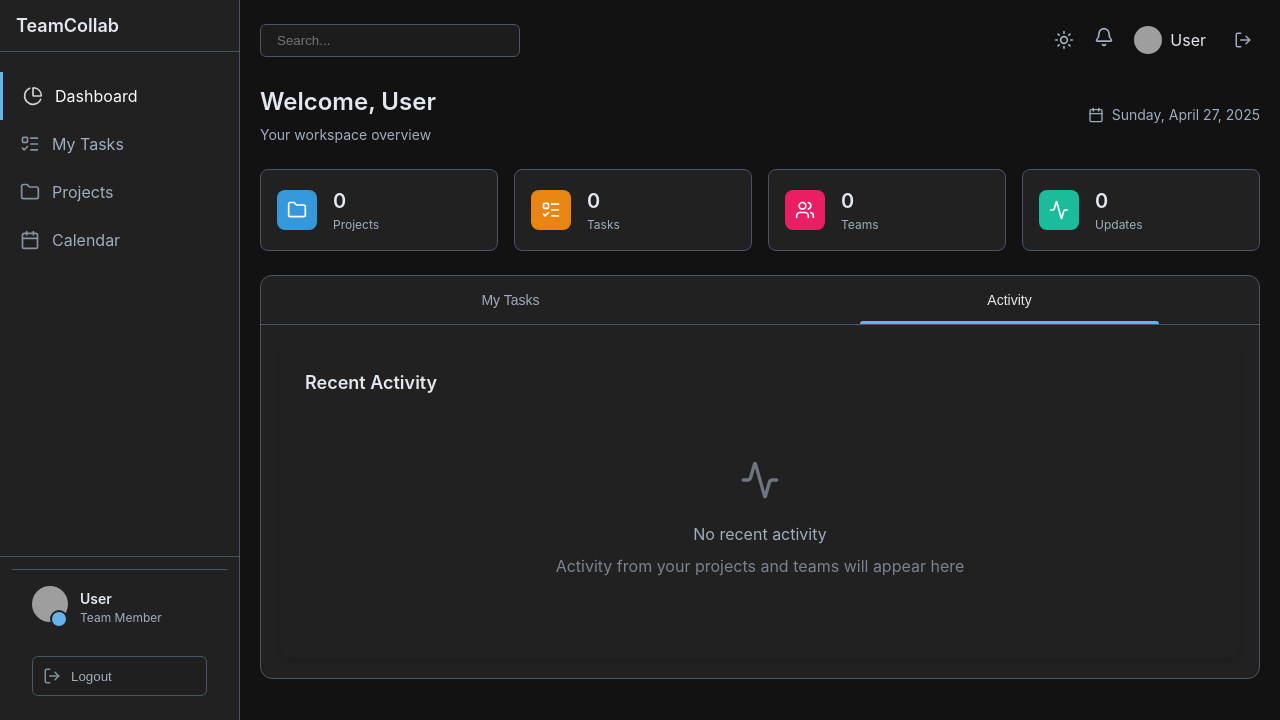
Repository: AnooshaaAli/TaskManagementAndTeamCollaborationTool
Page: /dashboard (app in frontend/)
An editor plug-in stored every save of this project. The page is shown before and after the next save, followed by the edit.
The browser window is 1280 px wide. The pictures show the whole page.
Pictures or frames that could not be fetched are drawn as grey boxes. The page's requests for data from a server got no answer. The project was rebuilt for these pictures with package versions that can differ from the ones it lists, and the page was loaded fresh each time. No one was signed in, and anything a server would have sent is missing. Also part of the build but not shown: frontend/src/App.css, frontend/src/components/Button.jsx, frontend/src/components/Input.jsx, frontend/src/components/Rope.jsx, frontend/src/styles/logo.css, frontend/src/components/Logo.jsx, frontend/src/pages/LoginPage.jsx, frontend/src/pages/RegisterPage.jsx and 29 more.

Above is the page before, as saved 2025-04-27 23:29:42.

### frontend/src/components/Card.jsx
// Card.jsx
import React from 'react';
import "../styles/styles.css";

const Card = ({ children, className = "" }) => {
  return (
    <div className={`card ${className}`}>
      {children}
    </div>
  );
};

export default Card;

### frontend/src/styles/styles.css
/* Base styles */
:root {
    --bg-primary: #121418;
    --bg-card: #1E2126;
    --bg-input: #2C3038;
    --text-primary: #D1D5DB;
    --text-secondary: #9CA3AF;
    --border-color: #4B5563;
    --primary-color: #9b59b6;
    --primary-hover: #a66bbe;
    --danger-color: #EF4444;
    --danger-hover: #DC2626;
    --link-color: #60A5FA;
    --focus-ring: #3B82F6;
  }

  * {
    box-sizing: border-box;
    margin: 0;
    padding: 0;
  }

  body {
    font-family: 'Inter', system-ui, -apple-system, BlinkMacSystemFont, 'Segoe UI', Roboto, sans-serif;
    background-color: var(--bg-primary);
    color: var(--text-primary);
    line-height: 1.5;
  }

  /* Button component styles */
  .btn {
    padding: 8px 16px;
    border-radius: 4px;
    font-weight: 500;
    cursor: pointer;
    border: none;
    transition: background-color 0.2s;
  }

  .btn-primary {
    background-color: var(--btn-primary-color);
    color: white;
  }

  .btn-primary:hover {
    background-color: var(--btn-primary-hover);
  }

  .btn-secondary {
    background-color: var(--bg-input);
    color: white;
  }

  .btn-secondary:hover {
    background-color: var(--border-color);
  }

  .btn-danger {
    background-color: var(--danger-color);
    color: white;
  }

  .btn-danger:hover {
    background-color: var(--danger-hover);
  }

  .btn-delete {
    color: var(--danger-color, #ef4444); /* red-500 */
    border: 1px solid var(--border-color);
    display: flex;
    align-items: center;
    justify-content: center;
    position: relative;
    font-size: 0.75rem;
    background-color: transparent;
    padding-top: 0.25rem;
    border-radius: 1rem;
  }

  .btn-delete:hover {
    background-color: rgba(239, 68, 68, 0.1);
  }

  .btn-add-task {
    color: white;
    border: 1px solid var(--border-color);
    display: flex;
    align-items: center;
    justify-content: center;
    position: relative;
    font-size: 0.75rem;
    background-color: var(--btn-primary-color);
    padding-top: 0.25rem;
  }

  .btn-add-task:hover {
    background-color: var(--btn-primary-hover);
  }

  .btn-add-list{
    color: white;
    border: 1px solid var(--border-color);
    display: flex;
    align-items: center;
    justify-content: center;
    position: relative;
    font-size: 0.75rem;
    background-color: var(--btn-primary-color);
  }

  .btn-add-list:hover {
    background-color: var(--btn-primary-hover);
  }

  .btn-transparent {
    background-color: transparent;
    color: var(--text-secondary);
    border: 1px solid var(--border-color);
  }

  .btn-transparent:hover {
    background-color: var(--bg-input);
  }

  .btn-full-width {
    width: 100%;
  }

  /* Card component styles */
  .card {
    background-color: var(--bg-card);
    border-radius: 8px;
    box-shadow: 0 4px 6px rgba(0, 0, 0, 0.1);
    padding: 24px;
  }

  /* Input component styles */
  .form-group {
    margin-bottom: 16px;
  }

  .form-label {
    display: block;
    color: var(--text-primary);
    margin-bottom: 8px;
  }

  .form-input {
    width: 100%;
    background-color: var(--bg-input);
    color: white;
    border: 1px solid var(--border-color);
    border-radius: 4px;
    padding: 8px 12px;
    font-size: 16px;
  }

  .form-input:focus {
    outline: none;
    border-color: transparent;
    box-shadow: 0 0 0 2px var(--focus-ring);
  }

  .error-text {
    color: var(--danger-color);
    font-size: 14px;
    margin-top: 4px;
  }

  .required {
    color: var(--danger-color);
  }

  /* Register page styles */
  .register-container {
    min-height: 100vh;
    display: flex;
    align-items: center;
    justify-content: center;
    padding: 16px;
  }

  .register-wrapper {
    margin-top: 50px;
    max-width: 450px;
    width: 100%;
    position: relative;
    z-index: 5;
  }

  .register-header {
    text-align: center;
    margin-bottom: 32px;
  }

  .register-title {
    font-size: 24px;
    font-weight: bold;
    color: white;
    margin-top: 24px;
    margin-bottom: 8px;
  }

  .register-subtitle {
    color: var(--text-secondary);
  }

  .form-footer {
    margin-top: 16px;
    text-align: center;
    color: var(--text-secondary);
  }

  .form-link {
    color: var(--link-color);
    text-decoration: none;
  }

  .form-link:hover {
    text-decoration: underline;
  }

  .logo-container {
    display: flex;
    flex-direction: column;
    align-items: center;
    justify-content: center;
    width: 100%;
    height: 15%;
    position: absolute;
    top: 15px;
    left: 50%;
    transform: translateX(-50%);
    z-index: 10;
  }

  /* Calendar Styles */
.calendar-card {
  width: 100%;
  margin-top: 20px;
}

.calendar-container {
  width: 100%;
  padding: 15px;
  background-color: var(--card-bg);
  border-radius: 8px;
}

.calendar-header {
  display: flex;
  justify-content: space-between;
  align-items: center;
  margin-bottom: 20px;
}

.calendar-header h2 {
  font-size: 18px;
  font-weight: 600;
  color: var(--text-primary);
  margin: 0;
}

.calendar-nav-btn {
  background: var(--button-bg);
  color: var(--text-primary);
  border: 1px solid var(--border-color);
  border-radius: 4px;
  width: 30px;
  height: 30px;
  display: flex;
  align-items: center;
  justify-content: center;
  cursor: pointer;
  transition: all 0.2s ease;
}

.calendar-nav-btn:hover {
  background: var(--button-hover-bg);
}

.calendar-grid {
  width: 100%;
}

.calendar-days-header {
  display: grid;
  grid-template-columns: repeat(7, 1fr);
  gap: 2px;
  margin-bottom: 10px;
}

.calendar-day-name {
  text-align: center;
  font-size: 14px;
  font-weight: 500;
  color: var(--text-secondary);
  padding: 8px 0;
}

.calendar-days {
  display: grid;
  grid-template-columns: repeat(7, 1fr);
  gap: 2px;
}

.calendar-day {
  aspect-ratio: 1/1;
  display: flex;
  align-items: center;
  justify-content: center;
  font-size: 14px;
  border: 1px solid var(--border-color);
  border-radius: 4px;
  color: var(--text-primary);
  cursor: pointer;
  transition: all 0.2s ease;
}

.calendar-day:hover:not(.empty-day) {
  background-color: var(--hover-bg);
}

.calendar-day.empty-day {
  background-color: var(--disabled-bg);
  border: 1px solid var(--border-color-light);
  cursor: default;
}

.calendar-day.today {
  background-color: var(--primary-color-light);
  color: var(--primary-color);
  font-weight: 600;
  border: 2px solid var(--primary-color);
}

/* CSS variables to match your theme */
.light-theme {
  --card-bg: #ffffff;
  --text-primary: #333333;
  --text-secondary: #666666;
  --border-color: #e0e0e0;
  --border-color-light: #f0f0f0;
  --button-bg: #f5f5f5;
  --button-hover-bg: #e9e9e9;
  --disabled-bg: #f8f8f8;
  --hover-bg: #f5f5f5;
  --primary-color: #3949ab;
  --primary-color-light: #e8eaf6;
}

.dark-theme {
  --card-bg: #2d3748;
  --text-primary: #e2e8f0;
  --text-secondary: #a0aec0;
  --border-color: #4a5568;
  --border-color-light: #3a4556;
  --button-bg: #3a4556;
  --button-hover-bg: #4a5568;
  --disabled-bg: #2a3141;
  --hover-bg: #3a4556;
  --primary-color: #63b3ed;
  --primary-color-light: #2c4a7e;
}

/* Responsive styles */
@media (max-width: 768px) {
  .calendar-day-name {
    font-size: 12px;
  }

  .calendar-day {
    font-size: 12px;
  }

  .calendar-header h2 {
    font-size: 16px;
  }
}

/* Events styling - for future enhancement */
.calendar-day .event-dot {
  width: 6px;
  height: 6px;
  background-color: var(--primary-color);
  border-radius: 50%;
  position: absolute;
  bottom: 4px;
}

### frontend/src/styles/projects_page.css
.projects-page-content {
    padding: 1.5rem;
  }

  .page-header {
    display: flex;
    justify-content: space-between;
    align-items: center;
    margin-bottom: 1.5rem;
  }

  .projects-content {
    display: flex;
    flex-direction: column;
    gap: 1.5rem;
  }

  .full-width {
    width: 100%;
  }

  .sidebar-nav li {
    cursor: pointer;
    transition: background-color 0.2s;
  }

  .sidebar-nav li:hover {
    background-color: rgba(255, 255, 255, 0.1);
  }

### frontend/src/styles/task-item.css
.task-item {
    display: flex;
    justify-content: space-between;
    align-items: center;
    padding: 0.75rem;
    background-color: rgba(255, 255, 255, 0.05);
    border-radius: 6px;
    border-left: 3px solid var(--primary-color);
    transition: all 0.2s ease;
  }

  .task-item:hover {
    background-color: rgba(255, 255, 255, 0.08);
  }

  .task-item.completed {
    border-left-color: var(--success-color, #10b981);
    opacity: 0.75;
  }

  .task-content {
    display: flex;
    align-items: flex-start;
    gap: 0.75rem;
    width: 100%;
  }

  .status-indicator {
    display: flex;
    align-items: center;
    justify-content: center;
    width: 18px;
    height: 18px;
    border-radius: 50%;
    background-color: rgba(255, 255, 255, 0.1);
  }

  .status-indicator.status-completed {
    background-color: var(--success-color, #10b981);
    color: white;
  }

  .status-indicator.status-progress {
    background-color: var(--warning-color, #f59e0b);
  }

  .status-indicator.status-todo {
    background-color: var(--info-color, #3b82f6);
  }

  .task-details {
    display: flex;
    flex-direction: column;
    gap: 0.25rem;
  }

  .task-title {
    margin: 0;
    font-size: 0.875rem;
    font-weight: 500;
    color: var(--text-primary, #ffffff);
  }

  .completed .task-title {
    text-decoration: line-through;
  }

  .task-deadline {
    display: flex;
    align-items: center;
    gap: 0.25rem;
    font-size: 0.75rem;
    color: var(--text-secondary, rgba(255, 255, 255, 0.7));
  }

  .task-actions {
    display: flex;
    gap: 0.25rem;
    opacity: 0.5;
    transition: opacity 0.2s ease;
  }

  .task-item:hover .task-actions {
    opacity: 1;
  }

  .task-action-btn {
    display: flex;
    align-items: center;
    justify-content: center;
    background: transparent;
    border: none;
    color: var(--text-secondary, rgba(255, 255, 255, 0.7));
    cursor: pointer;
    padding: 0.25rem;
    border-radius: 4px;
    transition: all 0.2s ease;
  }

  .task-action-btn:hover {
    background-color: rgba(255, 255, 255, 0.1);
  }

  .task-action-btn.edit:hover {
    color: var(--warning-color, #f59e0b);
  }

  .task-action-btn.delete:hover {
    color: var(--error-color, #ef4444);
  }

  .task-action-btn.save:hover {
    color: var(--success-color, #10b981);
  }

  .task-action-btn.assign:hover:hover {
    color: var(--success-color, #10b981);
  }

  /* Edit mode styles */
  .task-edit-form {
    width: 100%;
    display: flex;
    flex-direction: column;
    gap: 0.5rem;
  }

  .task-edit-input {
    width: 100%;
    background-color: rgba(255, 255, 255, 0.1);
    border: none;
    border-radius: 4px;
    padding: 0.5rem;
    color: var(--text-primary, #ffffff);
    font-size: 0.875rem;
  }

  .task-edit-controls {
    display: flex;
    align-items: center;
    gap: 0.5rem;
    flex-wrap: wrap;
  }

  .task-status-select {
    background-color: rgba(255, 255, 255, 0.1);
    border: none;
    border-radius: 4px;
    padding: 0.25rem 0.5rem;
    color: var(--text-primary, #ffffff);
    font-size: 0.75rem;
  }

  .task-date-input {
    background-color: rgba(255, 255, 255, 0.1);
    border: none;
    border-radius: 4px;
    padding: 0.25rem 0.5rem;
    color: var(--text-primary, #ffffff);
    font-size: 0.75rem;
    color-scheme: dark;
  }

  .task-edit-actions {
    display: flex;
    gap: 0.25rem;
    margin-left: auto;
  }

/* Assign Task Component Styles */

.form-container {
  background: #f8f9fa;
  padding: 20px;
  border-radius: 8px;
  box-shadow: 0 4px 6px rgba(0, 0, 0, 0.1);
  width: 300px;
  text-align: center;
  margin: auto;
}

.input-field {
  width: 100%;
  padding: 10px;
  margin-top: 10px;
  border: 1px solid #ccc;
  border-radius: 5px;
}

.button {
  background-color: #007bff;
  color: white;
  border: none;
  padding: 10px 15px;
  border-radius: 5px;
  cursor: pointer;
  margin-top: 10px;
  transition: 0.3s;
}

.button:hover {
  background-color: #0056b3;
}

.message {
  margin-top: 10px;
  font-weight: bold;
  color: green;
}

.error {
  color: red;
}

/* Add these to your existing CSS */
.task-action-btn.assign:hover {
  color: var(--primary-color, #6366f1);
}

/* Error message styling */
.modal-body p.error-message {
  background-color: rgba(239, 68, 68, 0.2);
  color: #ef4444;
  border: 1px solid rgba(239, 68, 68, 0.3);
}

/* Success message styling */
.modal-body p.success-message {
  background-color: rgba(16, 185, 129, 0.2);
  color: #10b981;
  border: 1px solid rgba(16, 185, 129, 0.3);
}

.modal-title {
  display: flex;
  flex-direction: column;
  gap: 0.5rem;
}

.task-title-badge {
  display: inline-block;
  background-color: rgba(99, 102, 241, 0.15);
  color: #a5b4fc;
  font-size: 0.85rem;
  padding: 0.25rem 0.75rem;
  border-radius: 999px;
  max-width: 300px;
  overflow: hidden;
  text-overflow: ellipsis;
  white-space: nowrap;
}

### frontend/src/styles/file.css
/* Theme variables for both light and dark modes */
:root {
  --bg-primary: #121212;
  --bg-card: #212121;
  --bg-input: rgba(30, 30, 30, 0.8);
  --bg-item: rgba(255, 255, 255, 0.03);
  --bg-item-hover: rgba(255, 255, 255, 0.05);
  --bg-preview: rgba(0, 0, 0, 0.3);
  --text-primary: #e6e6e6;
  --text-secondary: #9e9e9e;
  --text-tertiary: #9e9e9e;
  --border-color: #333;
  --border-light: rgba(255, 255, 255, 0.1);
  --border-hover: rgba(255, 255, 255, 0.2);

  --primary-color: #9b59b6;
  --primary-hover: #a66bbe;
  --primary-light: rgba(76, 60, 187, 0.08); /* softened matte purple light */
  --primary-bg: rgba(76, 60, 187, 0.1); /* softer matte background */

  --success-color: #22c55e;
  --success-bg: rgba(34, 197, 94, 0.1);
  --error-color: #ef4444;
  --error-bg: rgba(239, 68, 68, 0.1);
  --shadow-color: rgba(0, 0, 0, 0.1);

  --pdf-icon-color: #e74c3c;
  --word-icon-color: #3498db;
  --excel-icon-color: #2ecc71;
  --image-icon-color: #9b59b6;
  --text-icon-color: #FFA033;
}

.light-theme {
  --bg-primary: #ffffff;
  --bg-card: #f5f5f5;
  --bg-input: #f0f0f0;
  --bg-item: rgba(0, 0, 0, 0.02);
  --bg-item-hover: rgba(0, 0, 0, 0.04);
  --bg-preview: rgba(0, 0, 0, 0.05);
  --text-primary: #212529;
  --text-secondary: #6c757d;
  --text-tertiary: #777777;
  --border-color: #e0e0e0;
  --border-light: rgba(0, 0, 0, 0.1);
  --border-hover: rgba(0, 0, 0, 0.15);

  --primary-color: #6366f1; /* Main purple */
  --primary-hover: #4f46e5; /* Slightly darker for hover */
  --primary-light: rgba(99, 102, 241, 0.08);
  --primary-bg: rgba(99, 102, 241, 0.1);

  --success-color: #16a34a;
  --success-bg: rgba(22, 163, 74, 0.1);
  --error-color: #dc2626;
  --error-bg: rgba(220, 38, 38, 0.1);
  --shadow-color: rgba(0, 0, 0, 0.08);

  --pdf-icon-color: #e74c3c;
  --word-icon-color: #3498db;
  --excel-icon-color: #2ecc71;
  --image-icon-color: #9b59b6;
  --text-icon-color: #FFA033;
}


/* File Upload Component Styles */
.file-upload-container {
  background-color: var(--bg-card);
  border-radius: 8px;
  padding: 20px;
  margin-bottom: 20px;
  box-shadow: 0 2px 10px var(--shadow-color);
  border: 1px solid var(--border-color);
}

.file-upload-header {
  margin-bottom: 16px;
}

.file-upload-header h3 {
  margin: 0;
  font-size: 18px;
  font-weight: 600;
  color: var(--text-primary);
}

.file-upload-subtitle {
  color: var(--text-tertiary);
  font-size: 14px;
  margin: 4px 0 0;
}

.file-input {
  display: none;
}

.file-upload-dropzone {
  display: flex;
  flex-direction: column;
  align-items: center;
  justify-content: center;
  border: 2px dashed var(--primary-color);
  background-color: var(--primary-light);
  border-radius: 6px;
  padding: 30px 20px;
  margin-bottom: 16px;
  cursor: pointer;
  transition: all 0.2s ease;
  text-align: center;
}

.file-upload-dropzone:hover {
  background-color: var(--primary-bg);
}

.upload-icon {
  color: var(--primary-color);
  margin-bottom: 12px;
  opacity: 0.7;
}

.file-upload-dropzone p {
  margin: 0 0 8px;
  font-size: 16px;
  color: var(--text-secondary);
}

.file-upload-hint {
  font-size: 12px;
  color: var(--text-tertiary);
}

.file-upload-actions {
  display: flex;
  justify-content: flex-end;
}

.upload-button {
  display: flex;
  align-items: center;
  gap: 8px;
  background-color: var(--primary-color);
  color: white;
  border: none;
  border-radius: 6px;
  padding: 10px 16px;
  font-size: 14px;
  font-weight: 500;
  cursor: pointer;
  transition: background-color 0.2s;
}

.upload-button:hover {
  background-color: var(--primary-hover);
}

.upload-button:disabled {
  background-color: var(--primary-color);
  opacity: 0.6;
  cursor: not-allowed;
}

.upload-button.loading {
  position: relative;
  color: transparent;
  pointer-events: none;
}

.button-loader {
  position: absolute;
  left: 50%;
  top: 50%;
  transform: translate(-50%, -50%);
  width: 18px;
  height: 18px;
  border: 2px solid rgba(255, 255, 255, 0.3);
  border-radius: 50%;
  border-top-color: white;
  animation: spin 1s linear infinite;
}

.file-upload-message {
  display: flex;
  align-items: center;
  gap: 8px;
  margin-top: 12px;
  padding: 10px;
  border-radius: 6px;
  font-size: 14px;
}

.file-upload-message p {
  margin: 0;
}

.file-upload-message.success {
  background-color: var(--success-bg);
  color: var(--success-color);
}

.file-upload-message.error {
  background-color: var(--error-bg);
  color: var(--error-color);
}

.file-upload-message.loading {
  background-color: var(--primary-bg);
  color: var(--primary-color);
}

.selected-file {
  width: 100%;
  display: flex;
  justify-content: space-between;
  align-items: center;
  background-color: var(--primary-bg);
  border-radius: 6px;
  padding: 12px 16px;
}

.selected-file-info {
  display: flex;
  flex-direction: column;
}

.file-name {
  font-size: 14px;
  font-weight: 500;
  color: var(--text-secondary);
  word-break: break-all;
}

.file-size {
  font-size: 12px;
  color: var(--text-tertiary);
}

.clear-file-btn {
  background: transparent;
  border: none;
  color: var(--text-tertiary);
  cursor: pointer;
  display: flex;
  align-items: center;
  justify-content: center;
  padding: 4px;
  border-radius: 50%;
  transition: all 0.2s;
}

.clear-file-btn:hover {
  background-color: var(--error-bg);
  color: var(--error-color);
}

@keyframes spin {
  0% { transform: translate(-50%, -50%) rotate(0deg); }
  100% { transform: translate(-50%, -50%) rotate(360deg); }
}

/* Responsive adjustments */
@media (max-width: 768px) {
  .file-upload-container {
    padding: 16px;
  }

  .file-upload-dropzone {
    padding: 20px 15px;
  }

  .upload-icon {
    width: 24px;
    height: 24px;
  }

  .file-upload-dropzone p {
    font-size: 14px;
  }
}

/* File Item Styles */
.file-item {
  background-color: var(--bg-item);
  border-radius: 8px;
  margin-bottom: 1rem;
  border: 1px solid var(--border-light);
  overflow: hidden;
  transition: all 0.2s ease;
}

.file-item:hover {
  border-color: var(--border-hover);
  background-color: var(--bg-item-hover);
}

.file-item-header {
  display: flex;
  justify-content: space-between;
  align-items: center;
  padding: 0.75rem 1rem;
}

.file-info {
  display: flex;
  align-items: center;
  gap: 0.75rem;
  flex: 1;
  min-width: 0;
}

.file-icon {
  display: flex;
  align-items: center;
  width: 24px;
  height: 24px;
  border-radius: 6px;
  color: var(--text-primary);
  flex-shrink: 0;
}

.file-icon.pdf-file {
  color: var(--pdf-icon-color);
}

.file-icon.word-file {
  color: var(--word-icon-color);
}

.file-icon.excel-file {
  color: var(--excel-icon-color);
}

.file-icon.image-file {
  color: var(--image-icon-color);
}

.file-icon.text-file {
  color: var(--text-icon-color);
}

.file-name {
  font-size: 0.7rem;
  font-weight: 500;
  overflow: hidden;
  text-overflow: ellipsis;
  max-width: 250px;
  color: var(--text-primary);
}

.file-action-btn {
  display: flex;
  align-items: center;
  gap: 0.5rem;
  background-color: var(--bg-item);
  border: none;
  color: var(--text-tertiary);
  padding: 0.375rem 0.75rem;
  border-radius: 6px;
  cursor: pointer;
  transition: all 0.2s ease;
  font-size: 0.7rem;
}

.file-action-btn:hover {
  background-color: var(--bg-item-hover);
  color: var(--text-primary);
}

.file-preview-container {
  border-top: 1px solid var(--border-light);
}

/* View File Styles */
.file-viewer {
  padding: 1rem;
}

.file-preview {
  background-color: var(--bg-preview);
  border-radius: 6px;
  overflow: hidden;
  margin-bottom: 1rem;
}

.image-preview {
  display: flex;
  justify-content: center;
  padding: 1rem;
}

.image-preview img {
  max-width: 100%;
  max-height: 500px;
  object-fit: contain;
  border-radius: 4px;
}

.pdf-preview {
  height: 500px;
  overflow: hidden;
  border-radius: 4px;
}

.pdf-preview iframe {
  border: none;
}

.no-preview {
  display: flex;
  flex-direction: column;
  align-items: center;
  justify-content: center;
  padding: 3rem 1rem;
  color: var(--text-tertiary);
  text-align: center;
}

.no-preview p {
  margin-top: 1rem;
}

.file-loading {
  display: flex;
  align-items: center;
  justify-content: center;
  padding: 2rem;
  color: var(--text-tertiary);
  gap: 0.75rem;
}

.loading-spinner {
  width: 20px;
  height: 20px;
  border: 2px solid var(--border-light);
  border-top: 2px solid var(--text-secondary);
  border-radius: 50%;
  animation: spin 1s linear infinite;
}

@keyframes spin {
  0% { transform: rotate(0deg); }
  100% { transform: rotate(360deg); }
}

.file-error {
  display: flex;
  align-items: center;
  padding: 1rem;
  color: var(--error-color);
  background-color: var(--error-bg);
  border-radius: 6px;
  gap: 0.75rem;
}

.file-actions {
  display: flex;
  gap: 0.75rem;
}

.download-btn, .open-btn {
  display: flex;
  align-items: center;
  gap: 0.5rem;
  padding: 0.5rem 1rem;
  border-radius: 6px;
  font-size: 0.85rem;
  text-decoration: none;
  transition: all 0.2s ease;
  cursor: pointer;
}

.download-btn {
  background-color: var(--primary-bg);
  color: var(--primary-color);
  border: 1px solid rgba(99, 102, 241, 0.2);
}

.download-btn:hover {
  background-color: rgba(99, 102, 241, 0.2);
}

.open-btn {
  background-color: transparent;
  color: var(--text-tertiary);
  border: 1px solid var(--border-light);
}

.open-btn:hover {
  background-color: var(--bg-item);
  color: var(--text-primary);
}

Loaded but not shown: frontend/public/index.html (common file); frontend/src/index.js (common file); frontend/src/index.css (common file); frontend/src/reportWebVitals.js (common file); frontend/src/App.js (22 lines, source omitted); frontend/src/pages/Dashboard.jsx (540 lines, source omitted); frontend/src/styles/project.css (714 lines, source omitted); frontend/src/styles/dashboard.css (673 lines, source omitted); frontend/src/styles/projects_container.css (553 lines, source omitted)

After the next save:
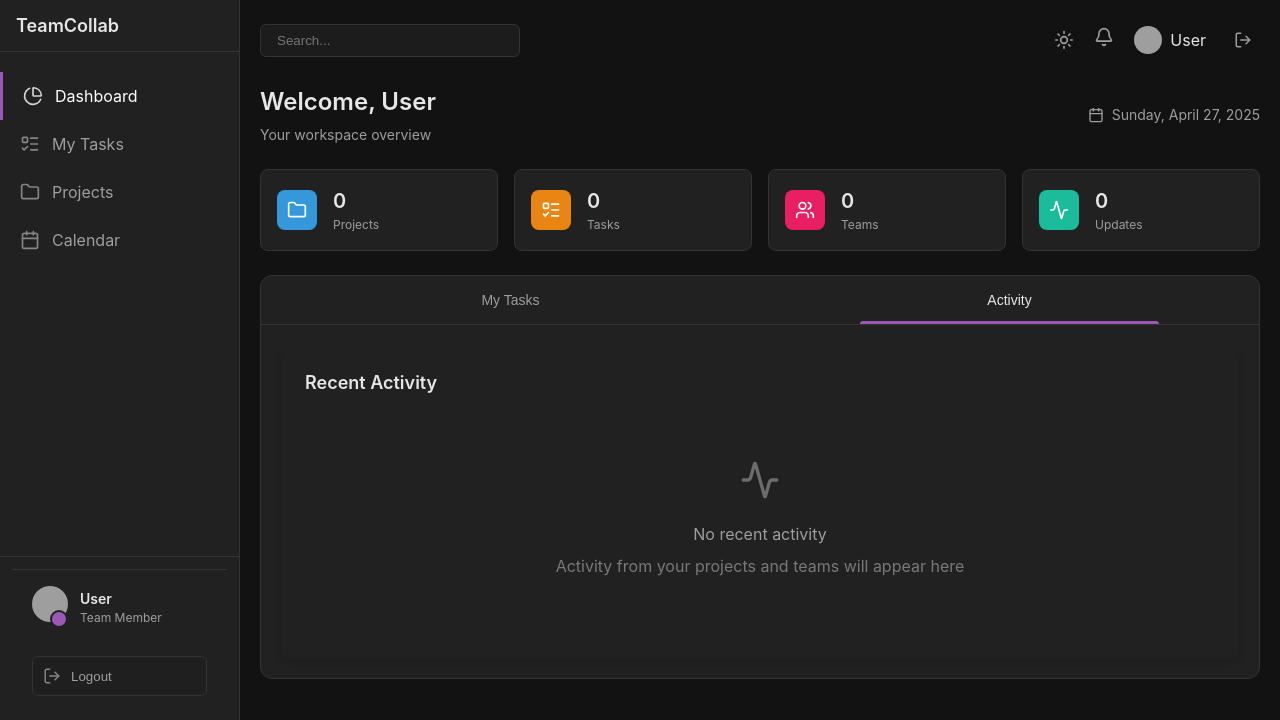
Saved 9 s later.
--- a/frontend/src/styles/styles.css
+++ b/frontend/src/styles/styles.css
@@ -334,35 +334,6 @@
   border: 2px solid var(--primary-color);
 }
 
-/* CSS variables to match your theme */
-.light-theme {
-  --card-bg: #ffffff;
-  --text-primary: #333333;
-  --text-secondary: #666666;
-  --border-color: #e0e0e0;
-  --border-color-light: #f0f0f0;
-  --button-bg: #f5f5f5;
-  --button-hover-bg: #e9e9e9;
-  --disabled-bg: #f8f8f8;
-  --hover-bg: #f5f5f5;
-  --primary-color: #3949ab;
-  --primary-color-light: #e8eaf6;
-}
-
-.dark-theme {
-  --card-bg: #2d3748;
-  --text-primary: #e2e8f0;
-  --text-secondary: #a0aec0;
-  --border-color: #4a5568;
-  --border-color-light: #3a4556;
-  --button-bg: #3a4556;
-  --button-hover-bg: #4a5568;
-  --disabled-bg: #2a3141;
-  --hover-bg: #3a4556;
-  --primary-color: #63b3ed;
-  --primary-color-light: #2c4a7e;
-}
-
 /* Responsive styles */
 @media (max-width: 768px) {
   .calendar-day-name {
